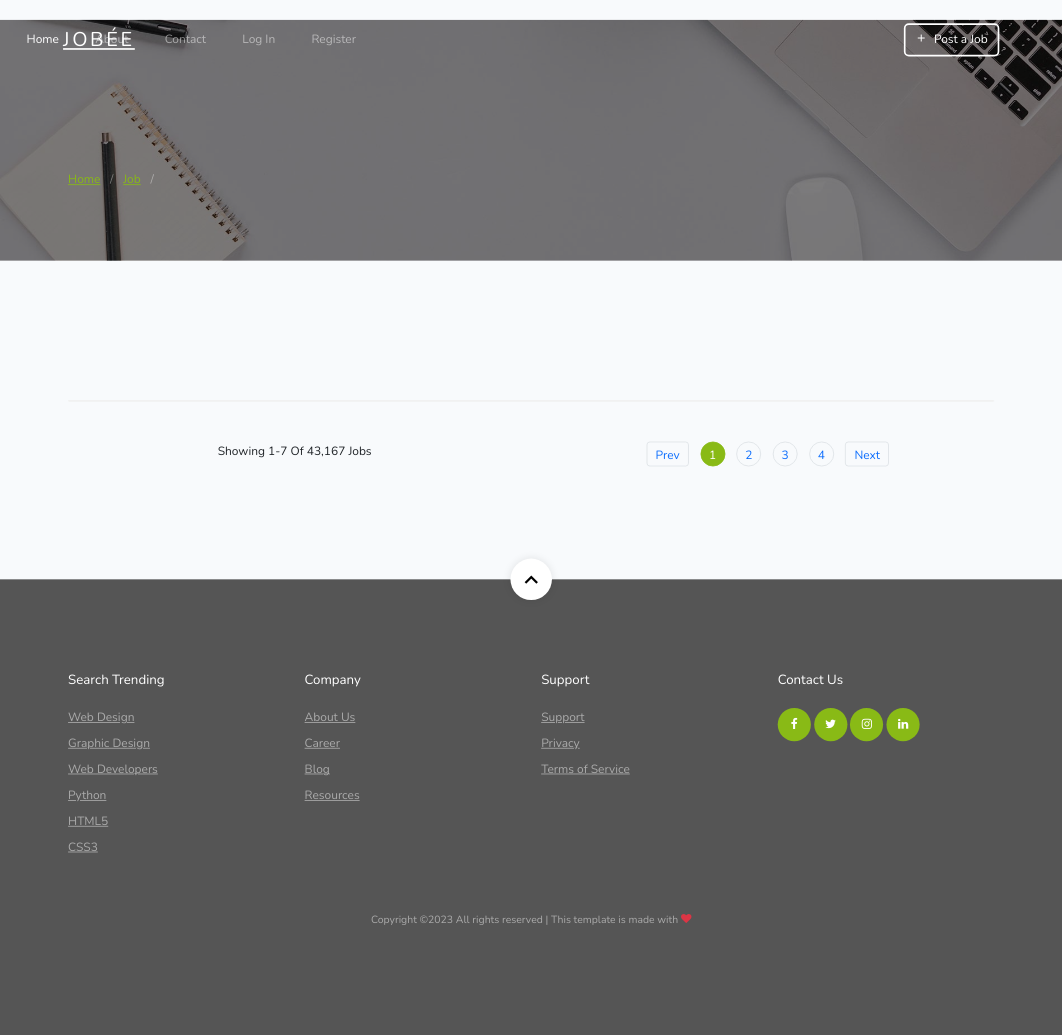
Repository: sara55m/Jobee
Page: resources/views/categories/single.blade.php
The author's editor kept a copy of each file at every save. The page is drawn from the files as they stood at one save, then again after a run of saves.
The browser window is 1280 px wide. The pictures show the whole page, at 83% of full size.
The page is served by the project's Laravel application, run on PHP 8.4 with Laravel 10. Style sheets and scripts are compiled from the project's sources, by tool versions that may differ from the author's. The template is opened directly, without the code that normally fills it, so the values that code supplies are empty.

Above is the page before, as saved 2024-10-08 22:53:47.

After the next 2 saves:
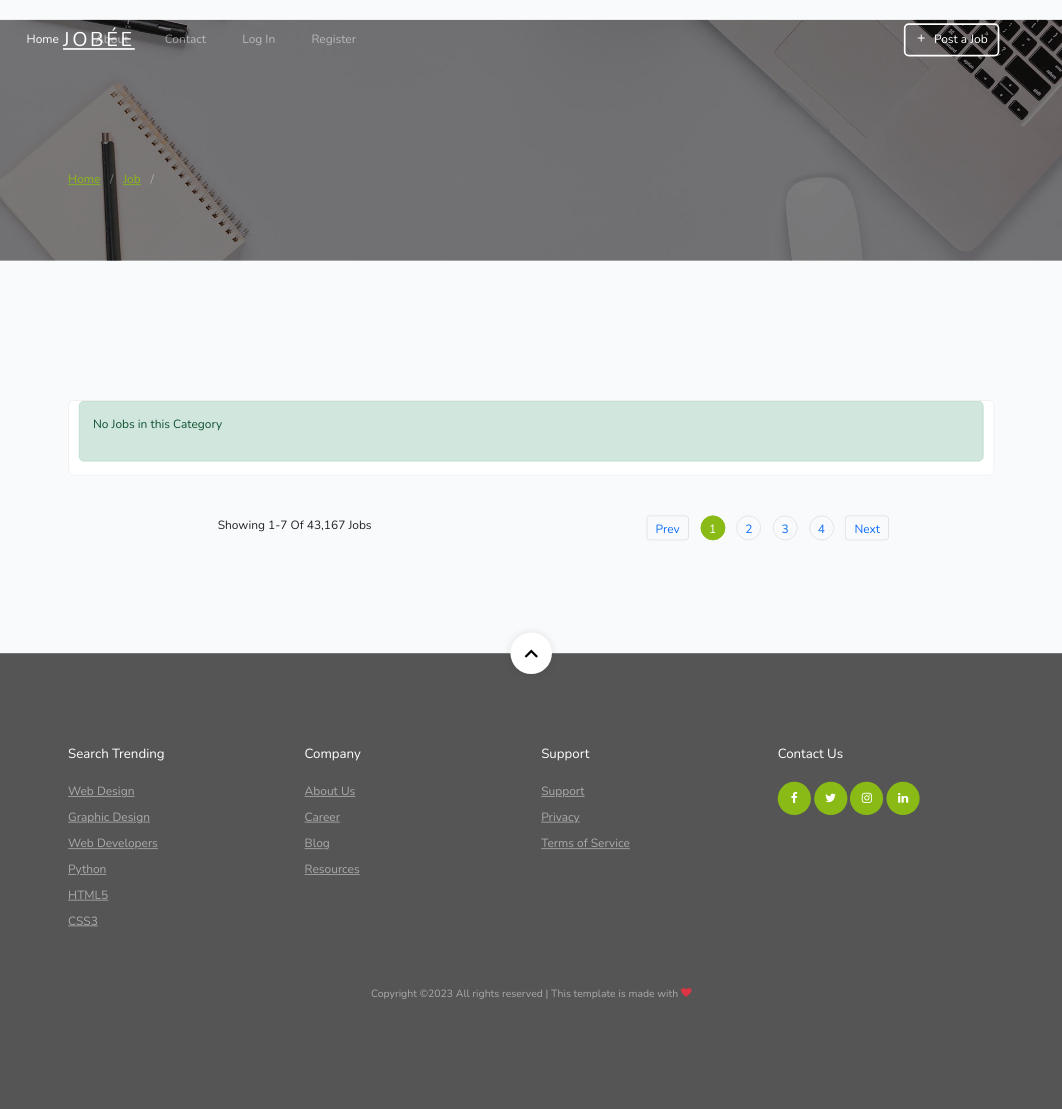
The 2 saves are shown as one change because 1 did not build or start.
The last was saved 4 min 47 s later.
--- a/resources/views/categories/single.blade.php
+++ b/resources/views/categories/single.blade.php
@@ -48,6 +48,11 @@
           </div>
         </li>
         @endforeach
+        @else
+        <div class="container">
+            <div class="alert alert-success ">
+             <p>No Jobs in this Category</p>
+            </div>
 
         @endif
       </ul>
